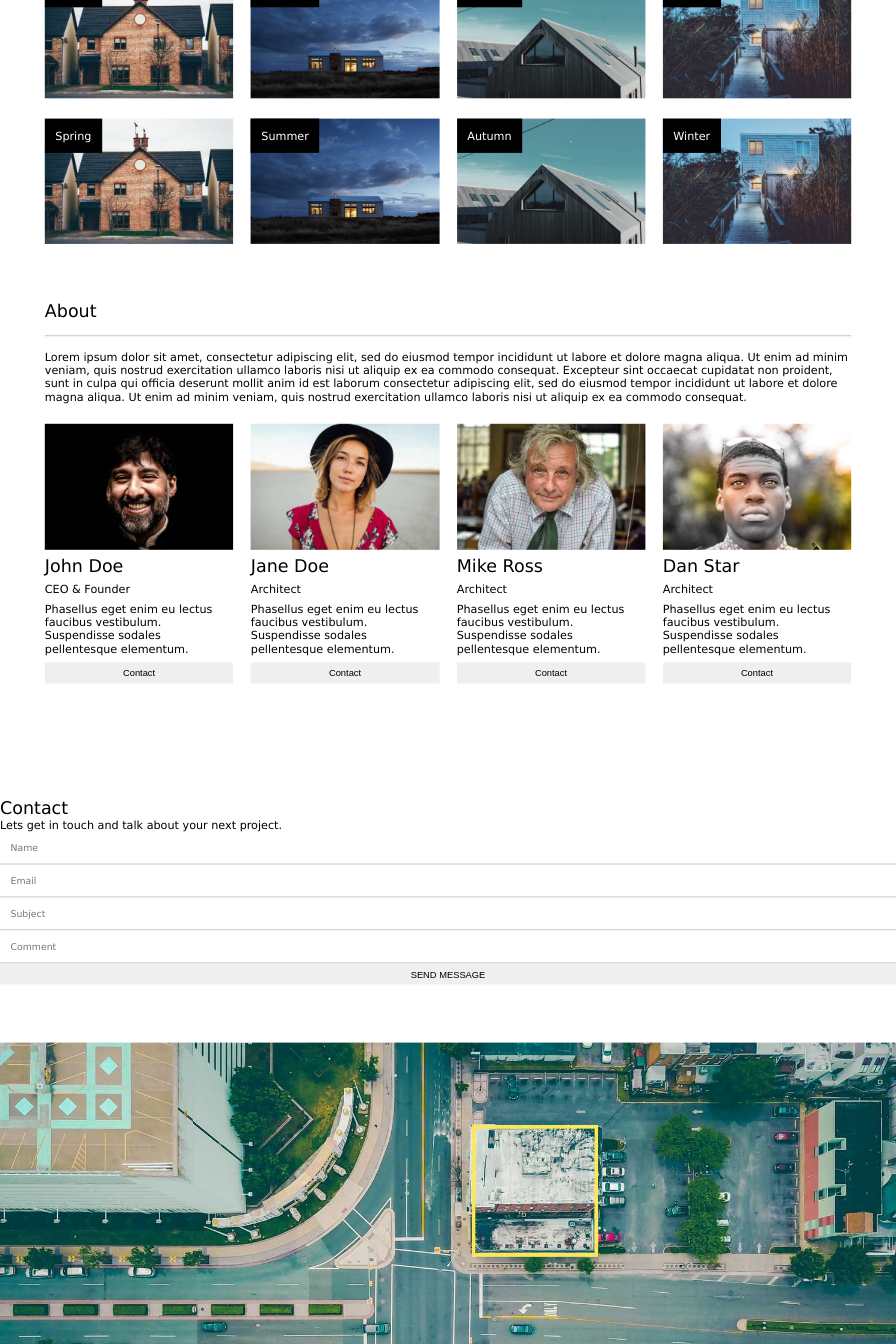
Repository: hesshess/clonecoding-assignment
Page: 2-ba-architects/template2.html
The author's editor kept a copy of each file at every save. The page is drawn from the files as they stood at one save, then again after the next save.
The browser window is 1280 px wide. The pictures show the part of the page from y = 819 to 2739 px (the page is 3056 px tall), at 70% of full size.
The pointer rests on the first visible `button`.

Above is the page before, as saved 2022-03-15 20:30:40.

After the next save:
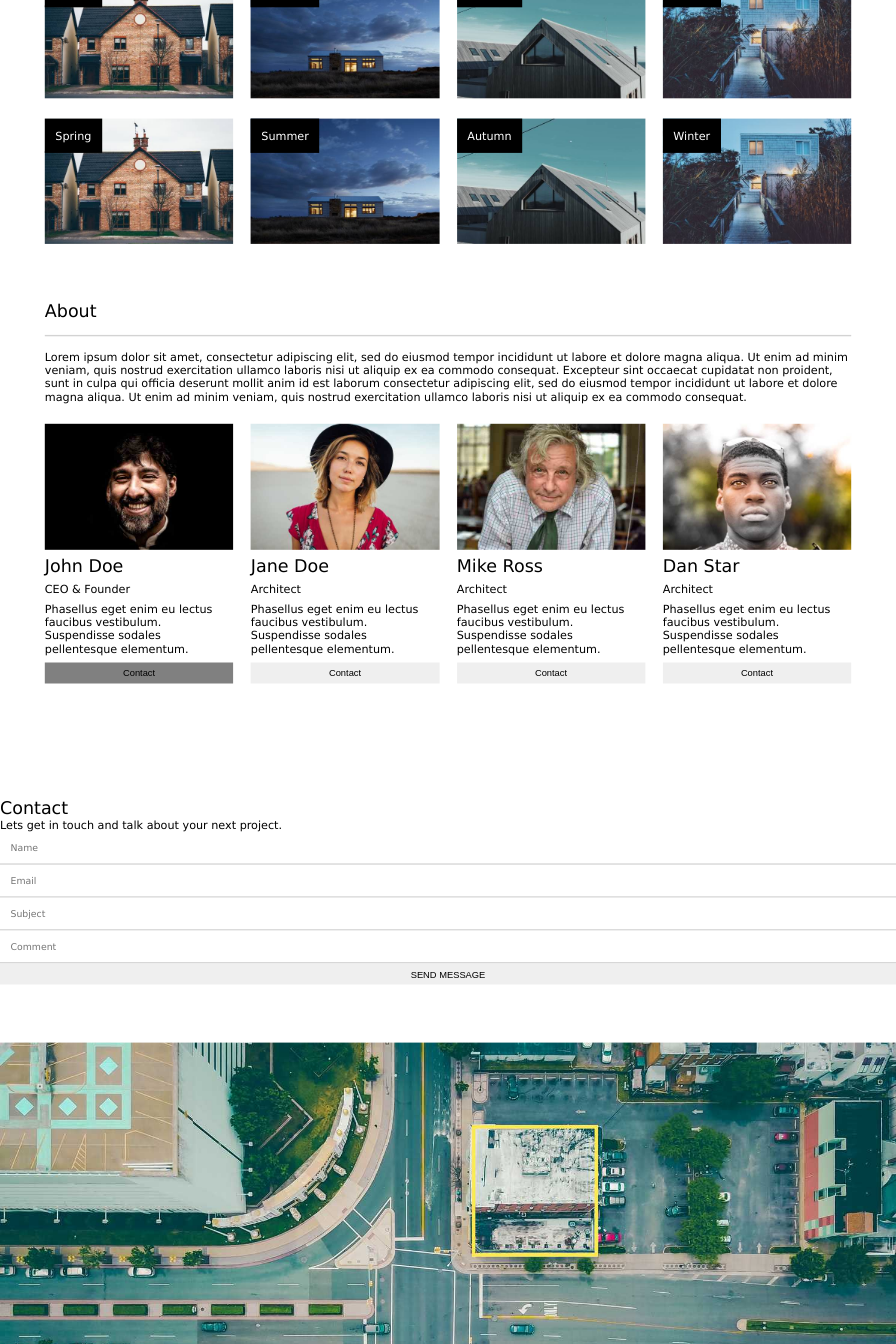
Saved 46 s later.
--- a/2-ba-architects/template2.css
+++ b/2-ba-architects/template2.css
@@ -101,6 +101,9 @@ button {
   width: 100%;
   height: 30px;
 }
+button:hover {
+  background-color: gray;
+}
 
 footer {
   display: flex;
